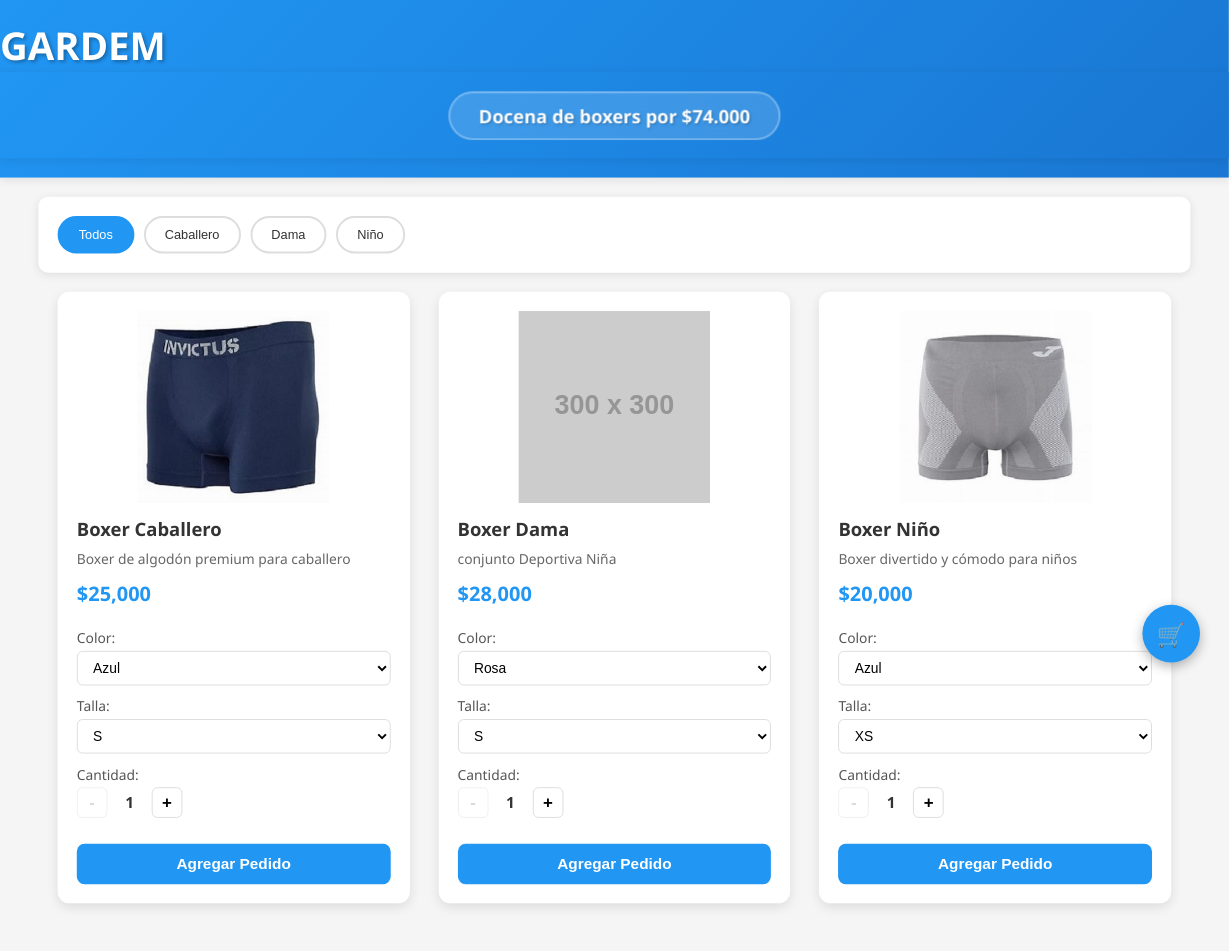
Repository: dasalgar123/gardem_react
Page: /
An editor plug-in stored every save of this project. The page is shown before and after the next save, followed by the edit.
The browser window is 1280 px wide. The pictures show the whole page, at 96% of full size.
Pictures or frames that could not be fetched are drawn as grey boxes. The project was rebuilt for these pictures with package versions that can differ from the ones it lists, and the page was loaded fresh each time.

Above is the page before, as saved 2025-08-02 18:31:41.

After the next save:
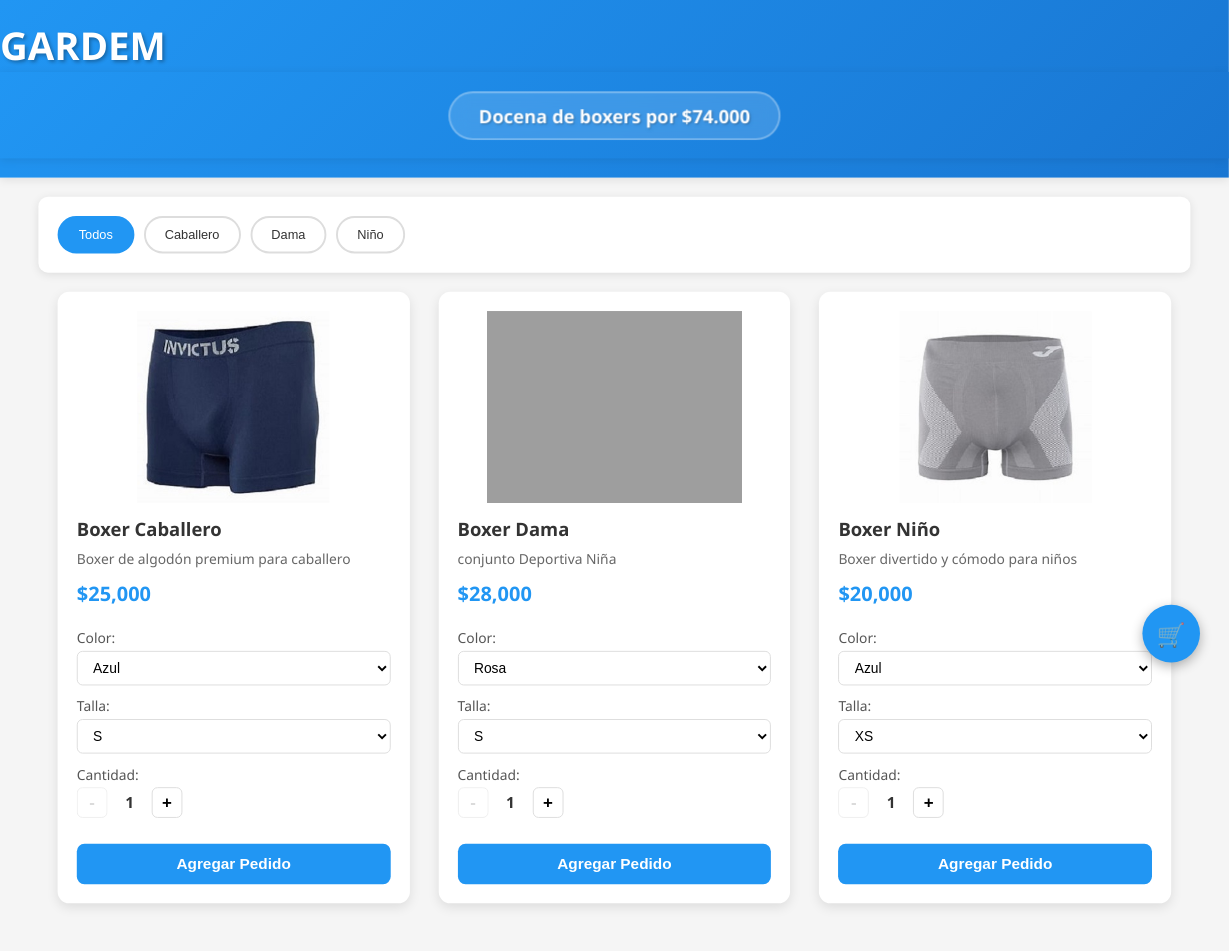
Saved 42 s later.
--- a/src/App.js
+++ b/src/App.js
@@ -33,7 +33,7 @@
       descripcion: "conjunto Deportiva Niña",
       precio: 28000,
       categoria: "dama",
-      imagen: "https://via.placeholder.com/300x300/ff6b6b/ffffff?text=Boxer+Dama",
+      imagen: "public\img\Niñas\niña2.jpg",
       colores: ["Rosa", "Azul", "Negro", "Blanco"],
       tallas: ["S", "M", "L"]
     },
